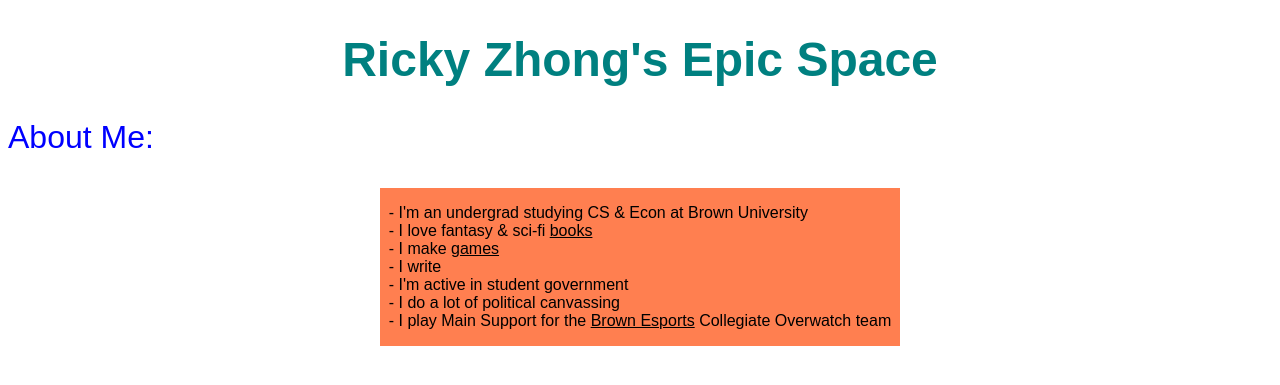
Repository: rickydaricky/rickydaricky.github.io
Page: index.html
An editor plug-in stored every save of this project. The page is shown before and after a run of saves, followed by the edit.
The browser window is 1280 px wide. The pictures show the whole page.

Above is the page before, as saved 2023-03-31 11:02:37.

After the next 2 saves:
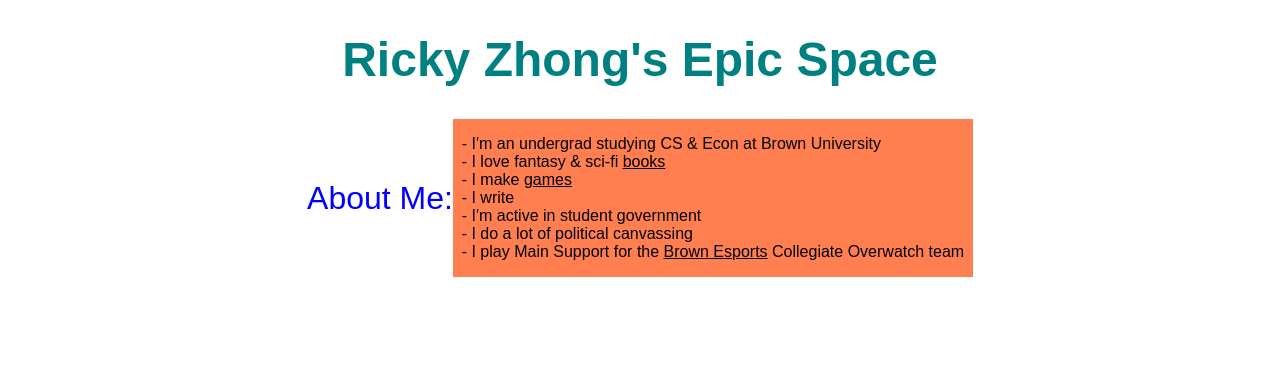
The 2 saves are shown as one change because they came seconds apart.
The last was saved 10 min 53 s later.
--- a/index.html
+++ b/index.html
@@ -10,8 +10,8 @@
 <html>
   <body>
     <h1 class="title">Ricky Zhong's Epic Space</h1>
-    <p class="about">About Me:</p>
     <div class="about-container">
+      <p class="about">About Me:</p>
       <div class="square">
         <p>
           - I'm an undergrad studying CS & Econ at Brown University
